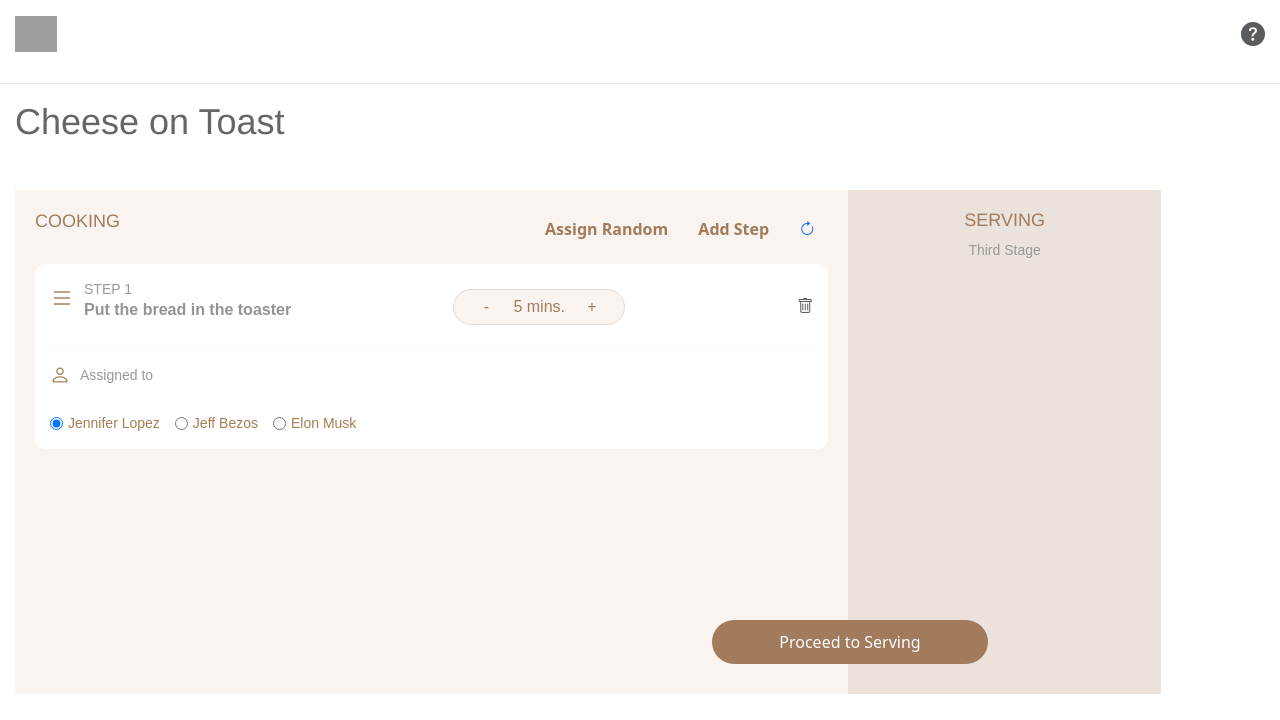
Repository: devashrisamani/SMC
Page: assign.html
These files come from the project's save history. The page is drawn as it stood at one moment and after the next save; the edit follows.
The browser window is 1280 px wide. The pictures show the whole page.
Pictures or frames that could not be fetched are drawn as grey boxes.

Above is the page before, as saved 2024-10-10 13:31:23.

### assign.html
<!DOCTYPE html>
<html lang="en">
  <head>
    <meta charset="UTF-8" />
    <meta name="viewport" content="width=device-width, initial-scale=1.0" />
    <link
      href="https://cdn.jsdelivr.net/npm/bootstrap@5.3.0-alpha1/dist/css/bootstrap.min.css"
      rel="stylesheet"
    />
    <link
      href="https://cdn.jsdelivr.net/npm/bootstrap-icons/font/bootstrap-icons.css"
      rel="stylesheet"
    />
    <link rel="stylesheet" href="styles.css" />
    <title>Assign Page</title>
    <style>
      .step-item {
        border: 1px solid #ddd;
        border-radius: 10px;
        padding: 15px;
        background-color: #f9f9f9;
        margin-bottom: 10px;
      }

      .handle-icon {
        margin-right: 10px;
        font-size: 24px;
        color: #a67c52;
      }

      .step-info {
        display: inline-block;
      }

      .step-number {
        margin: 0;
        font-size: 12px;
        color: #a67c52;
      }

      .step-title {
        margin: 0;
        font-size: 16px;
        font-weight: bold;
        color: #949494;
      }

      .step-divider {
        border: none;
        border-top: 1px solid #ddd;
        margin: 10px 0;
      }

      .step-header {
        display: flex;
        align-items: center;
        justify-content: flex-start; /* Align all elements to the left */
        gap: 5px; /* Control small space between timer and delete button */
        width: auto; /* Ensure it doesn't stretch unnecessarily */
        padding: 0; /* Remove any padding that might cause extra space */
      }

      .step-timer {
        display: flex;
        align-items: center;
        border: 1px solid #e3dad5;
        border-radius: 25px;
        padding: 5px 15px;
        background-color: #f9f4ef;
        flex-grow: 0; /* Ensure it doesn't grow to fill space */
      }

      .delete-step {
        margin-left: 10px; /* Ensure it's not too close to the timer */
        cursor: pointer;
        flex-shrink: 0; /* Prevent it from shrinking or being pushed */
      }

      .timer-btn {
        background-color: #f9f4ef;
        border: none; /* Remove the default button border */
        border-radius: 50%; /* Makes the button round */
        width: 24px;
        height: 24px;
        display: inline-flex;
        justify-content: center;
        align-items: center;
        color: #a67b5c; /* Set the color to match the design */
        cursor: pointer;
        margin: 0 5px;
      }

      .timer-btn:hover {
        background-color: #eae2db;
      }

      .step-timer span {
        color: #a67b5c;
        font-weight: 500; /* Add some weight to the text */
        margin: 0 10px; /* Adjusts the spacing around the time text */
      }

      .delete-step:hover {
        color: #333;
      }

      .step-body {
        margin-top: 10px;
        display: flex;
        flex-direction: column;
        align-items: flex-start;
      }

      .assigned-users {
        display: flex;
        gap: 15px;
        margin-left: 0;
        margin-top: 10px;
      }

      .assigned-text {
        margin-left: 0;
      }

      .task-icon {
        font-size: 20px;
        color: #a67c52;
        margin-right: 10px;
      }

      .user-option {
        display: inline-flex;
        align-items: center;
      }

      .user-option input {
        margin-right: 5px;
      }

      .user-option span {
        font-size: 14px;
        color: #a67c52;
      }
    </style>
  </head>
  <body>
    <!-- Header -->
    <header class="container-fluid border-bottom py-3">
      <div class="d-flex justify-content-between align-items-center">
        <!-- Logo -->
        <div>
          <img src="img/logomark.svg" alt="Logo" class="logo" />
        </div>

        <!-- Help Icon -->
        <div>
          <i class="bi bi-question-circle-fill fs-4 text-muted"></i>
        </div>
      </div>
    </header>

    <!-- Title and Retry Button -->
    <section class="container-fluid py-3">
      <div class="d-flex justify-content-between align-items-center">
        <!-- Title -->
        <h1 class="header-title">Cheese on Toast</h1>
      </div>
    </section>
    <!-- Main Content -->
    <section class="container-fluid py-3">
      <div class="row position-relative">
        <!-- First Rectangle: Items Needed -->
        <div class="col-md-8 rectangle items-needed">
          <div class="d-flex justify-content-between align-items-center mb-3">
            <!-- Title (Items Needed) -->
            <h4 class="items-title">COOKING</h4>

            <!-- Add Ingredient and Refresh Button -->
            <div>
              <button class="btn btn-link add-ingredient">Assign Random</button>
              <button class="btn btn-link add-ingredient">Add Step</button>
              <button class="btn btn-link refresh-btn">
                <i class="bi bi-arrow-clockwise"></i>
              </button>
            </div>
          </div>

          <!-- Ingredients List -->
          <ul class="list-group ingredients-list">
            <!-- Ingredients will be added here -->
            <li class="step-item list-group-item">
              <div
                class="step-header d-flex align-items-center justify-content-between"
              >
                <div class="d-flex align-items-center">
                  <i class="bi bi-list handle-icon"></i>
                  <div class="step-info">
                    <p class="step-number">STEP 1</p>
                    <h4 class="step-title">Put the bread in the toaster</h4>
                  </div>
                </div>
                <div class="step-timer">
                  <button class="timer-btn">-</button>
                  <span>5 mins.</span>
                  <button class="timer-btn">+</button>
                </div>
                <i class="bi bi-trash text-muted delete-step"></i>
              </div>

              <!-- Horizontal line to separate sections -->
              <hr class="step-divider" />

              <div class="step-body">
                <div class="d-flex align-items-center">
                  <!-- Task icon before "Assigned to" -->
                  <i class="bi bi-person task-icon"></i>
                  <p class="assigned-text mb-0">Assigned to</p>
                </div>

                <!-- Radio buttons below "Assigned to" text -->
                <div class="assigned-users mt-2">
                  <label class="user-option">
                    <input type="radio" name="assigned-user" checked />
                    <span>Jennifer Lopez</span>
                  </label>
                  <label class="user-option">
                    <input type="radio" name="assigned-user" />
                    <span>Jeff Bezos</span>
                  </label>
                  <label class="user-option">
                    <input type="radio" name="assigned-user" />
                    <span>Elon Musk</span>
                  </label>
                </div>
              </div>
            </li>
          </ul>
        </div>

        <!-- Third Rectangle: Serving -->
        <div class="col-md-3 rectangle serving">
          <h5>SERVING</h5>
          <p>Third Stage</p>
        </div>

        <!-- Button inside both Cooking and Serving -->
        <div class="proceed-btn-wrapper position-absolute">
          <button class="btn btn-primary proceed-btn">
            Proceed to Serving
          </button>
        </div>
      </div>
    </section>
  </body>
</html>

### styles.css
/* Custom styles for the header */
html,
body {
  margin: 0;
  padding: 0;
  overflow-x: hidden; /* Hide horizontal scrolling */
}

.logo {
  width: 42px;
  height: 36px;
}

.bi-question-circle-fill {
  color: #a27b5c;
}

.border-bottom {
  border-color: #eee;
}

/* Title Section */
.header-title {
  font-family: "Calistoga-Regular", Helvetica, sans-serif;
  color: #666666;
  font-size: 36px;
  margin: 0;
}

.retry-btn {
  border-color: #a27b5c;
  color: #a27b5c;
  border-radius: 20px;
}

.retry-btn:hover {
  background-color: #a27b5c;
  color: #fff;
}

.container-fluid {
  max-width: 100vw; /* Ensure it does not exceed the viewport width */
  padding-right: 15px;
  padding-left: 15px;
  box-sizing: border-box;
}

.row {
  margin-right: 0;
  margin-left: 0;
}
/* Styling for the three rectangles */

.rectangle {
  background-color: #f7f3ef;
  padding: 20px;
  /* height: 100%; */
  min-height: 70vh;
}

.items-needed {
  background-color: #f9f4ef;
}

.cooking {
  background-color: #f2eee9;
  text-align: center;
}

.serving {
  background-color: #eae2db;
  text-align: center;
}

/* Title and Text Styles */
.items-title {
  font-family: "Calistoga-Regular", Helvetica, sans-serif;
  color: #a27b5c;
  font-size: 18px;
  margin-bottom: 15px;
}

.ingredients-list .list-group-item {
  border: none;
  border-radius: 10px;
  background-color: #fff;
  margin-bottom: 10px;
  font-family: "DM Sans", sans-serif;
}

.ingredients-list .list-group-item strong {
  font-size: 18px;
  color: #666666;
}

.ingredients-list .list-group-item p {
  font-size: 14px;
  color: #999999;
}

/* Add Ingredient Button */
.add-ingredient {
  color: #a27b5c;
  font-weight: bold;
  text-decoration: none;
}

.cooking h5,
.serving h5 {
  font-family: "Calistoga-Regular", Helvetica, sans-serif;
  font-size: 18px;
  color: #a27b5c;
}

.cooking p,
.serving p {
  font-family: "DM Sans", sans-serif;
  font-size: 14px;
  color: #999999;
}

/* Flexbox for the title and button alignment */
.d-flex {
  display: flex;
  justify-content: space-between;
  align-items: center;
  margin-bottom: 15px;
}

.proceed-btn-wrapper {
  position: absolute;
  bottom: 30px;
  left: 50%;
  transform: translateX(20%);
  width: 100%; /* Ensure it's 100% of its parent, not wider */
  max-width: 300px; /* Prevent it from getting too large */
  overflow: hidden;
}

.proceed-btn {
  width: 100%;
  max-width: 300px;
  background-color: #a27b5c;
  color: #fff;
  border-radius: 50px;
  font-size: 16px;
  padding: 10px 40px;
  border: none;
}

.proceed-btn:hover {
  background-color: #8c6649;
  color: #fff;
}

After the next save:
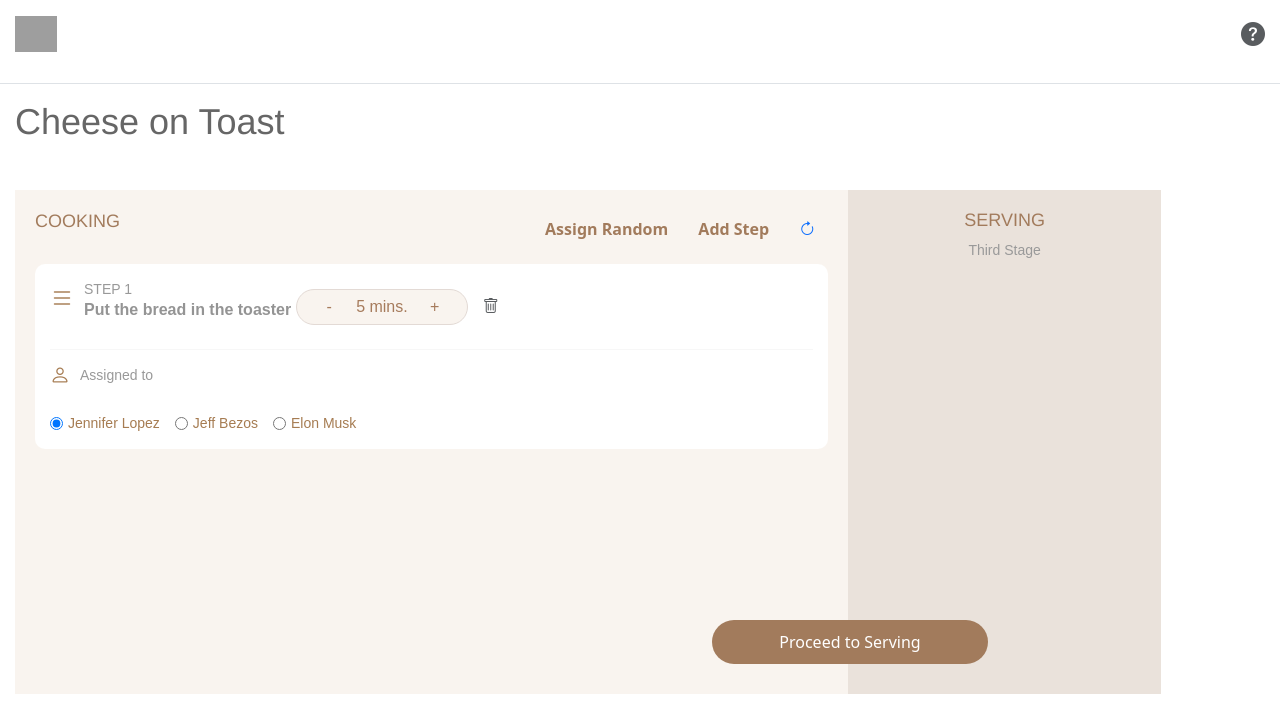
Saved 80 s later.
--- a/assign.html
+++ b/assign.html
@@ -190,7 +190,7 @@
             <!-- Ingredients will be added here -->
             <li class="step-item list-group-item">
               <div
-                class="step-header d-flex align-items-center justify-content-between"
+                class="step-header d-flex align-items-center justify-content-start"
               >
                 <div class="d-flex align-items-center">
                   <i class="bi bi-list handle-icon"></i>
